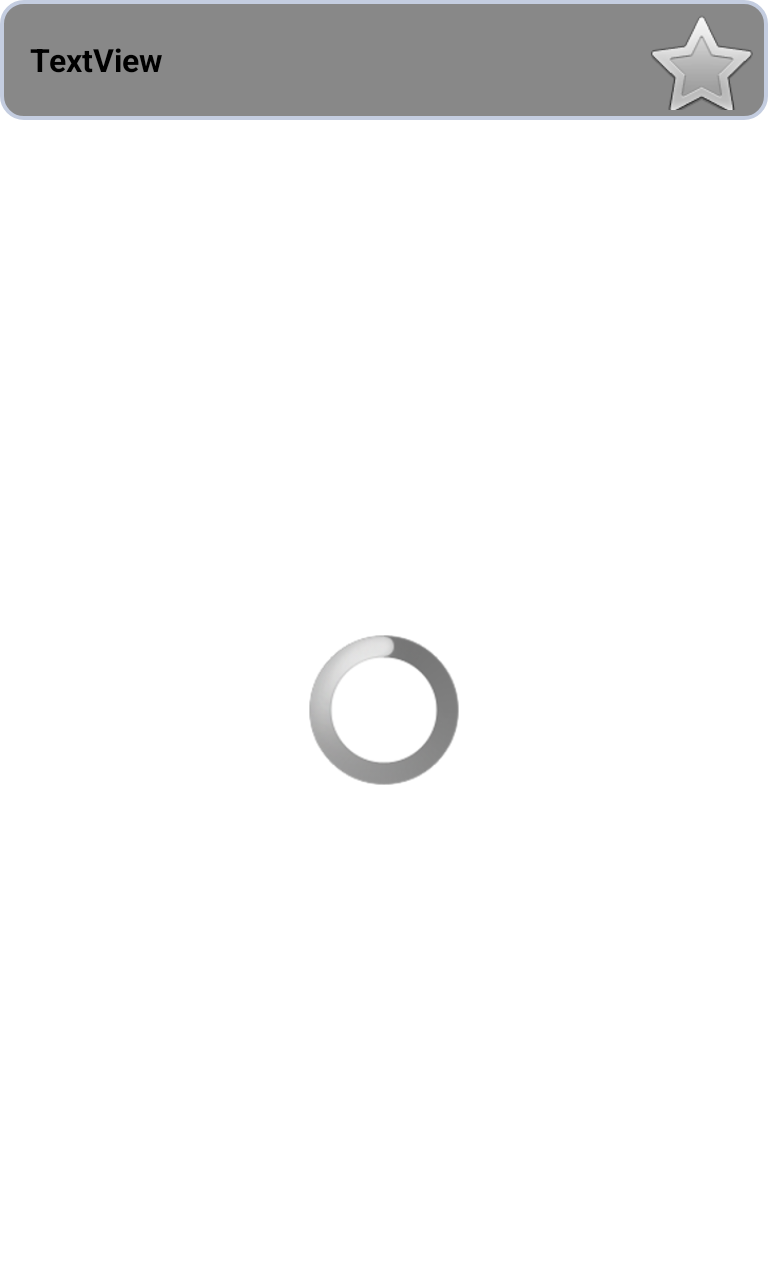
Repository: vinothsridhar/CrickBuzzChallenge
Layout: CricBuzzAndroidApp/res/layout/activity_playerprofile.xml
These files come from the project's save history. The layout is drawn as it stood at one moment and after a run of saves; the edit follows.
It is drawn on a 768 x 1280 px phone screen (xhdpi) without system bars, with theme AppTheme; the app's code is not run.

Above is the layout before, as saved 2014-12-20 14:28:00.

After the next 2 saves:
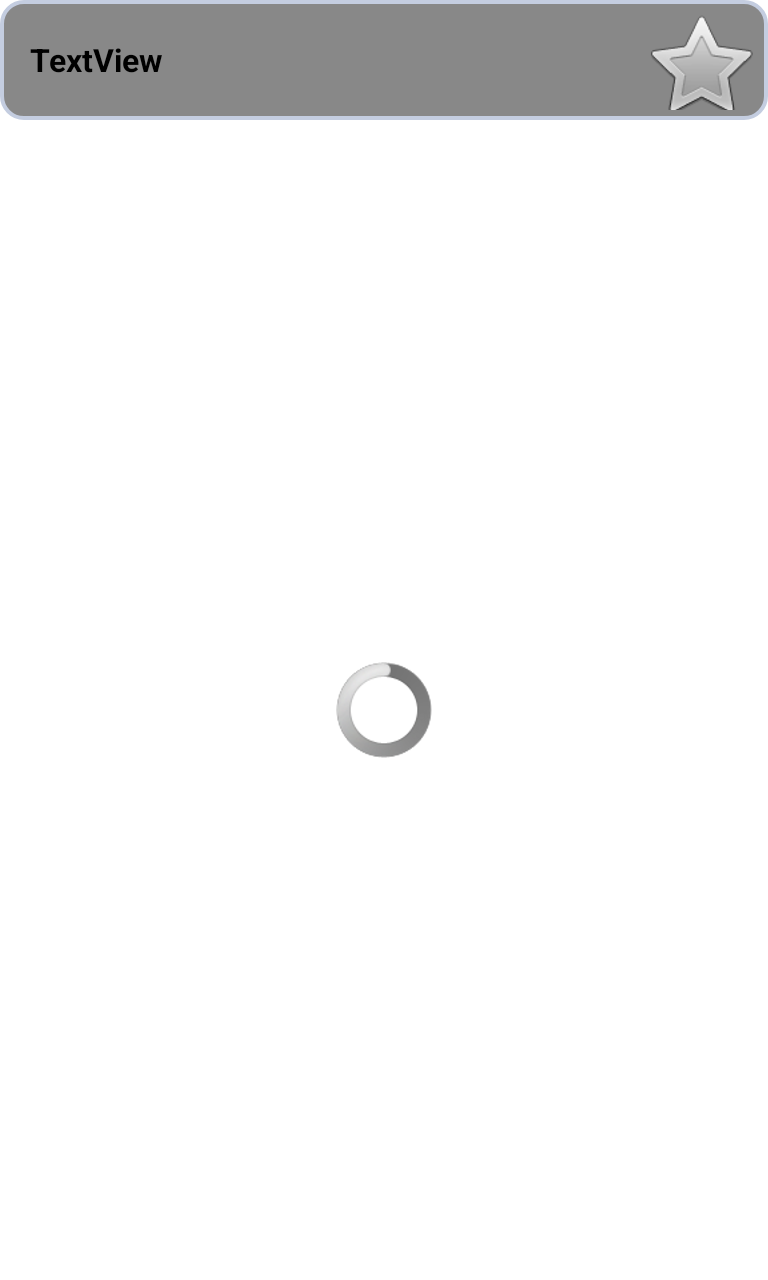
The 2 saves are shown as one change because they came seconds apart.
The last was saved 19 s later.
--- a/CricBuzzAndroidApp/res/layout/activity_playerprofile.xml
+++ b/CricBuzzAndroidApp/res/layout/activity_playerprofile.xml
@@ -14,8 +14,7 @@
 
         <ProgressBar
             android:id="@+id/progressBar1"
-            style="?android:attr/progressBarStyleLarge"
-            android:layout_width="wrap_content"
+            android:layout_width="50dp"
             android:layout_height="wrap_content"
             android:layout_centerInParent="true" />
 
